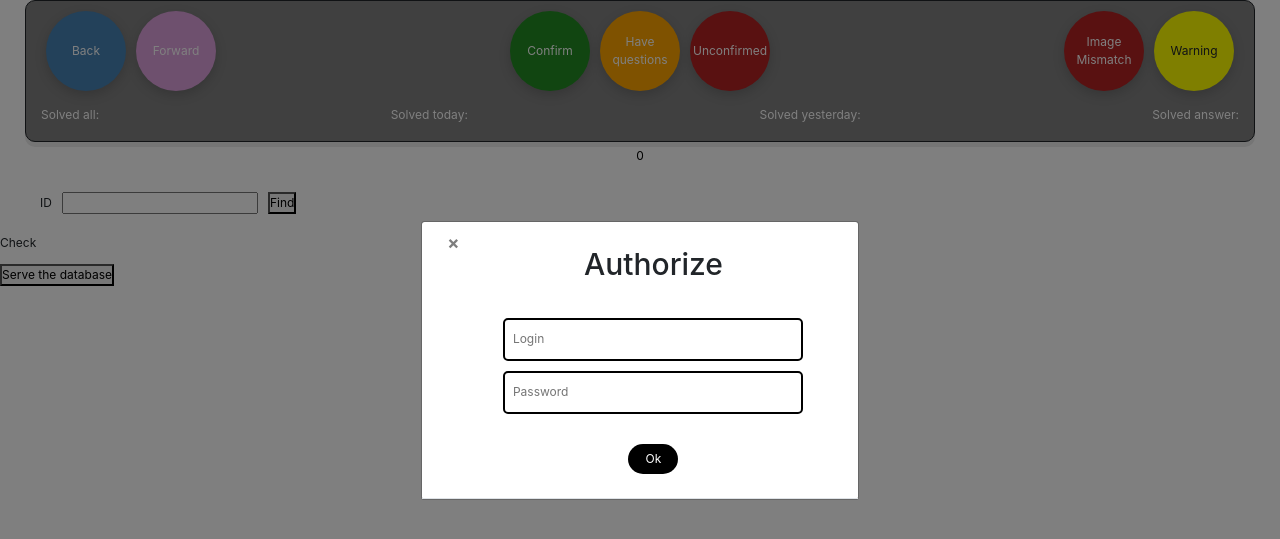
Repository: dmitryglitch/Product-Comparison
Page: /
These files come from the project's save history. The page is drawn as it stood at one moment and after the next save; the edit follows.
The browser window is 1280 px wide. The pictures show the whole page.
The page's requests for data from a server got no answer. The project was rebuilt for these pictures with package versions that can differ from the ones it lists, and the page was loaded fresh each time. No one was signed in, and anything a server would have sent is missing. Also part of the build but not shown: src/containers/App.css, src/components/Product/ProductOptions.jsx, src/components/Product/ProductImages.jsx, src/components/Product/ProductSpec.jsx, src/components/Product/Product.jsx.

Above is the page before, as saved 2020-02-17 20:16:41.

### src/index.js
import React from 'react';
import ReactDOM from 'react-dom';
import './index.css';
import App from './containers/App';
import * as serviceWorker from './serviceWorker';
import 'bootstrap/dist/css/bootstrap.min.css';
import $ from 'jquery';
import Popper from 'popper.js';
import 'bootstrap/dist/js/bootstrap.bundle.min';

import {createStore, applyMiddleware} from 'redux'
import {composeWithDevTools} from 'redux-devtools-extension';
import thunk from 'redux-thunk'

import reducer from './reducers'
import {Provider} from 'react-redux'

const store = createStore(reducer, composeWithDevTools(applyMiddleware(thunk)));

const rootElement = document.getElementById('root');
ReactDOM.render(
    <Provider store={store}>
        <App/>
    </Provider>,
    rootElement
);

// If you want your app to work offline and load faster, you can change
// unregister() to register() below. Note this comes with some pitfalls.
// Learn more about service workers: https://bit.ly/CRA-PWA
serviceWorker.unregister();

### src/index.css
html {
    height: 100vh;
    width: 100vw;
    font-size: 12px;
}

*, body {
    margin: 0;
    padding: 0;
    font-family: -apple-system, BlinkMacSystemFont, 'Segoe UI', 'Roboto', 'Oxygen',
    'Ubuntu', 'Cantarell', 'Fira Sans', 'Droid Sans', 'Helvetica Neue',
    sans-serif;
    -webkit-font-smoothing: antialiased;
    -moz-osx-font-smoothing: grayscale;
}

.root {
    display: grid;
    width: 100%;
}

code {
    font-family: source-code-pro, Menlo, Monaco, Consolas, 'Courier New',
    monospace;
}

.product-container {
    width: 100%;
    height: 100%;
    display: flex;
    justify-content: center;
    flex-direction: row;
}

.product-container-item {
    width: 50%;
    padding: 20px;
    margin: 25px;

    box-shadow: 0 5px 0 #ebebeb;
    display: flex;
    align-items: center;
    flex-direction: column;

    border: 1px solid;
    border-radius: 10px;
}


.product-container-item-name {
    width: 95%;
    height: fit-content;
    padding: 10px;

    display: flex;
    justify-content: center;
    align-items: center;
    text-align: center;
    flex-direction: column;
    box-shadow: 0 5px 0 #ebebeb;

    background-color: linen;
    border-radius: 10px;
}

/* OPTIONS */
.options-container-head {
    display: flex;
    justify-content: space-between;
    text-align: center;

    margin: 10px;
}

.options-container-head h4 {
    width: 50%;
}

.options-container {
    width: 95%;
    padding: 10px;

    display: flex;
    flex-direction: column;

    margin-top: 25px;
    background-color: aliceblue;
    border-radius: 10px;
    box-shadow: 0 5px 0 #ebebeb;
}

.options-item {
    display: flex;
    margin: 15px;
}

.options-item-name {
    width: 50%;
}

.options-item-value {
    width: 50%;
}

.options-name {
    font-weight: bold;
}

/* SPECS */
.specs-container-head {
    display: flex;
    justify-content: space-between;
    text-align: center;

    padding: 10px;
}

.specs-container-head h4 {
    width: 50%;
}

.specs-container {
    width: 95%;
    padding: 10px;

    display: flex;
    flex-direction: column;
    margin-top: 25px;

    box-shadow: 0 5px 0 #ebebeb;
    border-radius: 10px;
    background-color: lavenderblush;
}

.specs-item {
    display: flex;
    margin: 15px;
}

.specs-item-name {
    width: 50%;
}

.specs-item-value {
    width: 50%;
}

.specs-name {
    font-weight: bold;
}

.specs-notation {
    cursor: pointer;
    margin: 5px;
    text-align: center;
}

.product-container-item-name p {
    font-size: 12px;
}


.image-gallery.image-gallery-using-mouse {
    width: 100%;
}

.image-gallery-slide-wrapper.bottom {
    width: 400px;
    height: fit-content;
}

.image-gallery-content.bottom {
    position: relative;
    line-height: 0;
    top: 0;
    display: flex;
    flex-direction: column;
    align-items: center;
}

.image-gallery-thumbnails-container {
    display: flex;
    flex-wrap: wrap;
}

.image-gallery-thumbnail {
    width: 70px !important;
    height: 70px;
}

.line {
    width: 100%;
    height: 1px;
    background-color: black;
}

.image-gallery-container {
    margin: 25px;
}

.image-gallery.image-gallery-using-mouse {
    display: flex;
    justify-content: center;
    align-items: center;
}

.image-gallery-content.bottom.fullscreen {
    width: 50%;
}

.image-gallery-slide-wrapper.bottom {
    width: 100%;
}

/*BUTTON-BAR*/
.button-bar-content {
    display: flex;
    flex-direction: column;
    justify-content: space-between;
    padding: 5px 15px 5px 15px;
    margin: 0 25px 5px 25px;
    border: 1px solid;
    border-radius: 10px;
    background-color: gray;
    box-shadow: 0 5px 0 #ebebeb;
}

.button-bar-content-top {
    display: flex;
    justify-content: space-between;
}

.button-bar-content-center-bt {
    display: flex;
}

.button-bar-content-center button {
    margin: 5px;
}

.button-bar-info-content {
    text-align: center;
    color: black;
}

.button-bar-content-left button {
    width: 80px;
    height: 80px;
    margin: 5px;
    border-radius: 100px;
    cursor: pointer;
    box-shadow: 0px 4px 12px rgba(0, 0, 0, 0.17);
    border: 0;
    color: #fff;
}

.btn-back{
    background-color: steelblue;
}

.btn-forward{
    background-color: plum;
}

.btn-confirm {
    width: 80px;
    height: 80px;
    border-radius: 100px;
    background-color: forestgreen;
    cursor: pointer;
    box-shadow: 0px 4px 12px rgba(0, 0, 0, 0.17);
    border: 0;
    color: #fff;
}

.btn-questions {
    width: 80px;
    height: 80px;
    border-radius: 100px;
    background-color: orange;
    cursor: pointer;
    box-shadow: 0px 4px 12px rgba(0, 0, 0, 0.17);
    border: 0;
    color: #fff;
}

.btn-unconfirmed {
    width: 80px;
    height: 80px;
    border-radius: 100px;
    background-color: firebrick;
    cursor: pointer;
    box-shadow: 0px 4px 12px rgba(0, 0, 0, 0.17);
    border: 0;
    color: #fff;
}

.btn-warning {
    width: 80px;
    height: 80px;
    border-radius: 100px;
    background-color: yellow !important;
    cursor: pointer;
    box-shadow: 0px 4px 12px rgba(0, 0, 0, 0.17);
    border: 0;
    color: #000;
}

.btn-mismatch {
    width: 80px;
    height: 80px;
    border-radius: 100px;
    background-color: firebrick;
    cursor: pointer;
    box-shadow: 0px 4px 12px rgba(0, 0, 0, 0.17);
    border: 0;
    color: #fff;
}

.button-modal-auth {
    display: none;
}

.button-bar-content-right {
    display: flex;
}

.button-bar-content-right button {
    margin: 5px;
}

/*.button-bar-contaner {*/
/*    width: 100%;*/
/*    position: absolute;*/
/*    bottom: 0;*/
/*}*/

.logout {
    display: flex;
    justify-content: flex-end;
    align-items: center;
    padding: 10px;
}

.modal-body.modal-auth-body {
    text-align: center;
    justify-content: center;
    align-items: center;
    flex-direction: column;
    height: fit-content;
    width: 100%;
}

.auth-button {
    width: 50px;
}

.modal-body-input-form {
    display: flex;
    flex-direction: column;
    padding: 30px;
}

.modal-body-input-form input {
    width: 300px;
}

.modal-body-input-login {
    margin-bottom: 10px;
    border: 2px double;
    border-radius: 5px;
    padding: 10.5px 8px;
}

.modal-body-input-password {
    border: 2px double;
    border-radius: 5px;
    padding: 10.5px 8px;
}

.modal-auth {
    display: flex !important;
    width: 100%;
    height: 100%;
    justify-content: center;
    align-items: center;
}

.modal-auth-dialog {
    width: 500px;
}

.logout-user-name {

    margin-right: 10px;
}

.modal-header .close {
    padding: 5px;
    width: 40px;
    height: 40px;
}

.modal-body-input-form {
    display: flex;
    flex-direction: column;
    padding: 30px;
}

.modal-body-button-form button {
    width: 50px;
    background-color: #000;
    border: 0 solid transparent;
    cursor: pointer !important;
    color: #fff;
    border-radius: 100px;
    outline: none;
    height: 30px;
}

/*STATISTIC*/
.statistic-container {
    display: flex;
    justify-content: space-between;
    align-items: center;
    margin-top: 10px;
    color: #fff;
}

/* SEARCH */
.search-content {
    padding: 5px 15px 5px 15px;
    margin: 0 25px 5px 25px;
}

.search-content input{
    margin: 10px;
}

### src/reducers/index.js
import { combineReducers } from 'redux';
import product from './product';
import user from './user'

export default combineReducers({
    product,
    user
})

### src/components/ButtonBar/ButtonBar.jsx
import React from 'react'


const ButtonBar = ({
                       idCurrentCoupleProduct,
                       sendAnswerCoupleProduct,
                       getBackCoupleProducts,
                       getForwardCoupleProducts,
                       dateCoupleProducts,
                       answerUser,
                       statistics
                   }) => {

    const handleClick = (answer) => {
        sendAnswerCoupleProduct(idCurrentCoupleProduct, answer);
    };

    const handleClickOnBackButton = () => {
        getBackCoupleProducts(dateCoupleProducts)
    };

    const handleClickOnForwardButton = () => {
        getForwardCoupleProducts(dateCoupleProducts)
    };

    return (
        <>
            <div className="button-bar-content">
                <div className="button-bar-content-top">
                    <div className="button-bar-content-left">
                        <button className="btn-back" onClick={handleClickOnBackButton}>Back</button>
                        <button className="btn-forward" onClick={handleClickOnForwardButton}>Forward</button>
                    </div>
                    <div className="button-bar-content-center">
                        <div className="button-bar-content-center-bt">
                            <button className="btn-confirm" onClick={() => handleClick('confirm')}>Confirm</button>
                            <button className="btn-questions" onClick={() => handleClick('questions')}>Have questions
                            </button>
                            <button className="btn-unconfirmed" onClick={() => handleClick('unconfirmed')}>Unconfirmed
                            </button>
                        </div>
                    </div>
                    <div className="button-bar-content-right">
                        <button className="btn-mismatch" onClick={() => handleClick('unconfirmed_image')}>Image
                            Mismatch
                        </button>
                        <button className="btn-warning" onClick={() => handleClick('warning')}>Warning</button>
                    </div>
                </div>
                <div className="button-bar-content-down">
                    <div className="statistic-container">
                        <p>Solved all: {statistics.all}</p>
                        <p>Solved today: {statistics.today}</p>
                        <p>Solved yesterday: {statistics.yesterday}</p>
                        <p>Solved answer: {answerUser}</p>

                    </div>
                </div>
            </div>
            <div className="button-bar-info">
                <div className="button-bar-info-content">
                    <p>{idCurrentCoupleProduct}</p>
                </div>
            </div>
        </>
    )
};

export default ButtonBar;

### src/components/ModalAuth/ModalAuth.js
import React from "react";

class ModalAuth extends React.Component {
    state = {
        login: "",
        password: ""
    };

    authUser = () => {
        let {login, password} = this.state;
        this.props.onSendLoginUser(login, password);
    };

    handleChange = e => {
        let classNameInput = e.target.className;
        let valueInput = e.target.value;

        if (classNameInput === "modal-body-input-login") {
            this.setState({login: valueInput});
        } else {
            this.setState({password: valueInput});
        }
    };

    render() {
        return (
            <div
                className="modal fade modal-auth"
                id="modal-auth"
                tabIndex="-1"
                role="dialog"
                aria-labelledby="exampleModalLabel"
                aria-hidden="true"
                data-backdrop="static"
                data-keyboard="false"
            >
                <div className="modal-dialog modal-auth-dialog" role="document">
                    <div className="modal-content">
                        <div className="modal-header">
                            <button
                                type="button"
                                className="close"
                                data-dismiss="modal"
                                aria-label="Close"
                            >
                <span className="span-aria-hidden" aria-hidden="true">
                  &times;
                </span>
                            </button>
                            <div className="modal-body modal-auth-body">
                                <div className="modal-body-header">
                                    <h1>Authorize</h1>
                                </div>
                                <div className="modal-body-input-form">
                                    <input
                                        onChange={this.handleChange}
                                        className="modal-body-input-login"
                                        placeholder="Login"
                                        type="text"
                                    />
                                    <input
                                        onChange={this.handleChange}
                                        className="modal-body-input-password"
                                        placeholder="Password"
                                        type="password"
                                    />
                                </div>
                                <div className="modal-body-button-form">
                                    <button className="auth-button" onClick={this.authUser}>
                                        Ok
                                    </button>
                                </div>
                            </div>
                        </div>
                    </div>
                </div>
            </div>
        );
    }
}

export default ModalAuth;

### src/components/Search/Search.jsx
import React, {Component} from 'react';

class Search extends Component {
    state = {
        id: ''
    };

    handleClick = () => {
        this.props.searchCoupleProducts(this.state.id)
    };

    render() {
        return (
            <>
                <div className="search-content">
                    <span>ID</span>
                    <input onChange={(e) => { this.setState({id: e.target.value}) }} type="text"/>
                    <button onClick={this.handleClick}>Find</button>
                </div>
            </>
        )
    }

}

export default Search;

### src/components/Review/Review.js
import React, { Component } from "react";
import Inputs from "./Inputs";

class Review extends Component {
  render() {
    return (
      <>
        <div className="eview-content-head">
          <p>Check</p>
        </div>
        <div className="review-content">
          <div className="review-content-left">
            <Inputs />
            <button>Serve the database</button>
          </div>
          <div className="review-content-right"></div>
        </div>
      </>
    );
  }
}

export default Review;

### src/actions/user.js
export const sendUserLogin = (userName, password) => dispatch => {
    dispatch({type: 'SEND_LOGIN_USER_STARTED'});

    let data = new FormData();
    data.append('userName', userName);
    data.append('password', password);

    fetch(
        'http://match-dev.protarget.pro/backend/isLogined.php', {
            method: "POST",
            credentials: 'same-origin',
            headers: {Accept: "application/json"},
            body: data,
        })
        .then(res => res.json())
        .then(json => {
            console.log(json);
            if (json.result === 'ok') {
                dispatch({type: 'SEND_LOGIN_USER_SUCCESS', payload: json.userName});
                window.location.reload();
            } else {
                // console.log(json.errtext);
                alert(json.errtext)
            }
        })
        .catch(error => dispatch({type: 'SEND_LOGIN_USER_ERROR', payload: error}));
};

export const logOut = (userName, password) => dispatch => {
    dispatch({type: 'LOGOUT_USER_STARTED'});

    let data = new FormData();
    data.append('userName', userName);
    data.append('password', password);

    fetch(
        'http://match-dev.protarget.pro/backend/logOut.php', {
            method: "POST",
            credentials: 'same-origin',
            headers: {Accept: "application/json"},
            body: data,
        })
        .then(res => res.json())
        .then(json => {
            console.log(json);
            if (json.result === 'ok') {
                dispatch({type: 'LOGOUT_USER_SUCCESS', payload: json.userName});
                window.location.reload();
            } else {
                // console.log(json.errtext);
                alert(json.errtext)
            }
        })
        .catch(error => dispatch({type: 'LOGOUT_USER_ERROR', payload: error}));
};

### src/actions/buttonbar.js
import { getCoupleProducts } from "./product";

export const sendAnswerCoupleProduct = (id, answer) => dispatch => {
  dispatch({ type: "SEND_ANSWER_STARTED" });
  console.log("ID", id);
  console.log("ANSWER", answer);

  let data = new FormData();
  data.append("id", id);
  data.append("answer", answer);

  fetch("http://match-dev.protarget.pro/backend/setUserAnswer.php", {
    method: "POST",
    credentials: "same-origin",
    headers: { Accept: "application/json" },
    body: data
  })
    .then(res => res.json())
    .then(json => {
      dispatch({ type: "SEND_ANSWER_SUCCESS", payload: data });
      console.log(json);

      if (json.check === true) {
        dispatch(getCoupleProducts());
      }
    })
    .catch(error => {
      dispatch({ type: "SEND_ANSWER_ERROR", payload: error });
      alert(error);
    });
};

### src/reducers/product.js
const initialState = {
    isFetching: false,
    isError: null,
    id: 0,
    date: null,
    answerUser: null,
    statistics: {},
    id_answer: 0,
    result: null,
    massProducts: null
};

const product = (state = initialState, action) => {
    switch (action.type) {
        case 'GET_COUPLE_PRODUCTS_SUCCESS':
            return {
                ...state,
                isFetching: false,
                isError: null,
                isLogin: true,
                id: action.payload.id,
                date: action.payload.date,
                answerUser: action.payload.answerUser,
                statistics: action.payload.statistics,
                id_answer: action.payload.id_answer,
                result: action.payload.result,
                massProducts: action.payload.massProducts
            };

        case 'GET_BACK_COUPLE_PRODUCTS_SUCCESS':
            return {
                ...state,
                isFetching: false,
                isError: null,
                isLogin: true,
                id: action.payload.id,
                date: action.payload.date,
                answerUser: action.payload.answerUser,
                statistics: action.payload.statistics,
                id_answer: action.payload.id_answer,
                result: action.payload.result,
                massProducts: action.payload.massProducts
            };

        case 'GET_FORWARD_COUPLE_PRODUCTS_SUCCESS':
            return {
                ...state,
                isFetching: false,
                isError: null,
                isLogin: true,
                id: action.payload.id,
                date: action.payload.date,
                answerUser: action.payload.answerUser,
                statistics: action.payload.statistics,
                id_answer: action.payload.id_answer,
                result: action.payload.result,
                massProducts: action.payload.massProducts
            };

        case 'SEARCH_COUPLE_PRODUCTS_SUCCESS':
            return {
                ...state,
                isFetching: false,
                isError: null,
                isLogin: true,
                id: action.payload.id,
                date: action.payload.date,
                answerUser: action.payload.answerUser,
                statistics: action.payload.statistics,
                id_answer: action.payload.id_answer,
                result: action.payload.result,
                massProducts: action.payload.massProducts
            };

        case 'GET_COUPLE_PRODUCTS_STATED':
        case 'GET_BACK_COUPLE_PRODUCTS_STATED':
        case 'GET_FORWARD_COUPLE_PRODUCTS_STATED':
        case 'SEARCH_COUPLE_PRODUCTS_STATED':
            return {
                ...state,
                isFetching: true,
                isError: null
            };

        case 'GET_COUPLE_PRODUCTS_LOGIN_ERROR':
        case 'GET_BACK_COUPLE_PRODUCTS_LOGIN_ERROR':
        case 'GET_FORWARD_COUPLE_PRODUCTS_LOGIN_ERROR':
        case 'SEARCH_PRODUCTS_LOGIN_ERROR':
            return {
                ...state,
                isFetching: true,
                isError: null,
                isLogin: false
            };

        case 'GET_COUPLE_PRODUCTS_ERROR':
        case 'GET_BACK_COUPLE_PRODUCTS_ERROR':
        case 'GET_FORWARD_COUPLE_PRODUCTS_ERROR':
        case 'SEARCH_COUPLE_PRODUCTS_ERROR':
            return {
                ...state,
                isFetching: false,
                isError: action.payload
            };

        default:
            return state;
    }
};

export default product

### src/reducers/user.js
const initialState = {
    userName: '',
    isLogin: false,
    isFetching: true,
    isError: null
};

const user = (state = initialState, action) => {
    switch (action.type) {
        case 'SEND_LOGIN_USER_SUCCESS':
            return {
                ...state,
                userName: action.payload,
                isFetching: false,
                isError: null,
                isLogin: true,
            };

        case 'LOGOUT_USER_SUCCESS':
            return {
                ...state,
                userName: '',
                isFetching: false,
                isError: null,
                isLogin: false,
            };

        case 'SEND_LOGIN_USER_STARTED':
        case 'LOGOUT_USER_STARTED':
            return {
                ...state,
                isFetching: true,
                isError: null
            };

        case 'SEND_LOGIN_USER_ERROR':
        case 'LOGOUT_USER_ERROR':
            return {
                ...state,
                isFetching: false,
                isError: action.payload
            };


        default:
            return state;
    }

};

export default user

### src/components/Review/Inputs.jsx
import React from "react";

const Inouts = () => {
  return <>
  </>;
};

export default Inouts;

Loaded but not shown: public/index.html (common file); src/serviceWorker.js (common file); src/actions/product.js (158 lines, source omitted); src/containers/App.js (127 lines, source omitted)

After the next save:
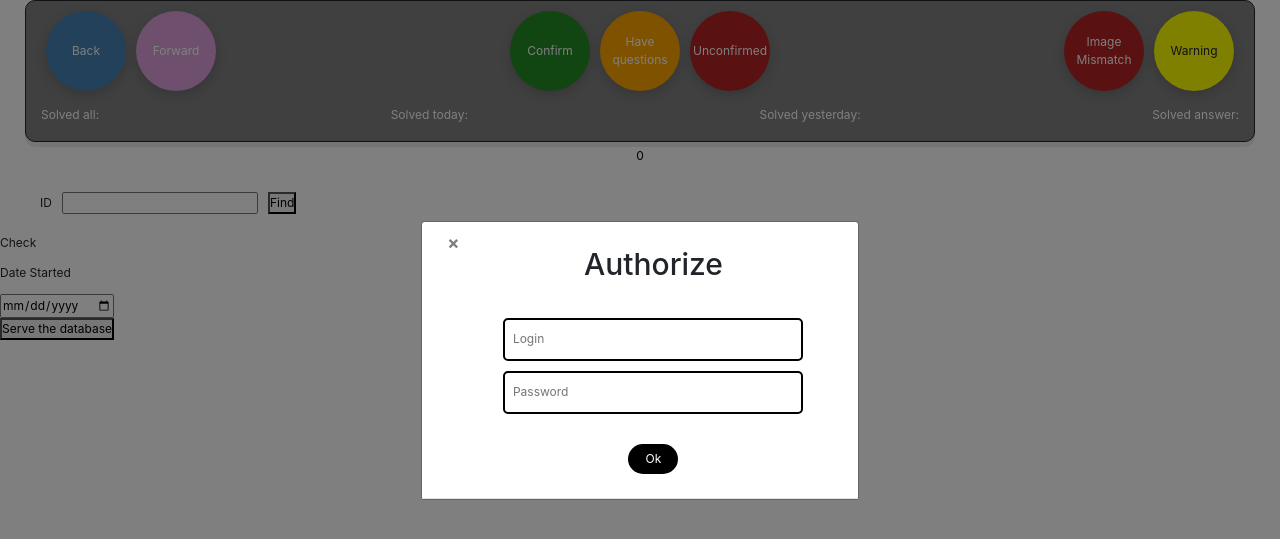
Saved 2 min 1 s later.
--- a/src/components/Review/Inputs.jsx
+++ b/src/components/Review/Inputs.jsx
@@ -1,8 +1,16 @@
 import React from "react";
 
-const Inouts = () => {
-  return <>
-  </>;
+const Inputs = () => {
+  return (
+    <>
+      <div className="review-inputs-container">
+        <div className="input-started">
+            <p>Date Started</p>
+            <input type="date"/>
+        </div>
+      </div>
+    </>
+  );
 };
 
-export default Inouts;
+export default Inputs;
